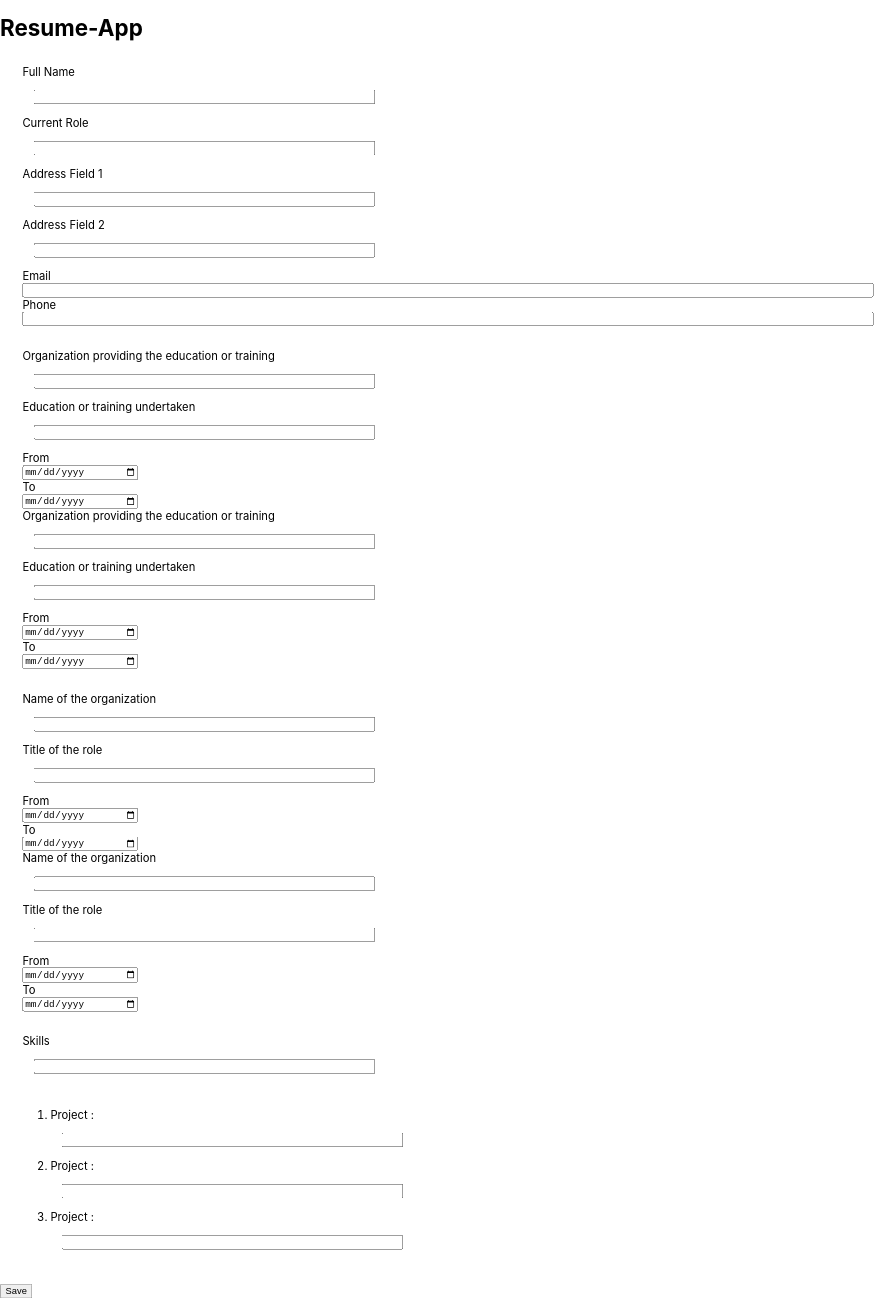
Repository: 0101chaitanya/resume-app
Page: /
These files come from the project's save history. The page is drawn as it stood at one moment and after the next save; the edit follows.
The browser window is 1280 px wide. The pictures show the whole page, at 70% of full size.
The project was rebuilt for these pictures with package versions that can differ from the ones it lists, and the page was loaded fresh each time.

Above is the page before, as saved 2021-07-28 15:35:25.

After the next save:
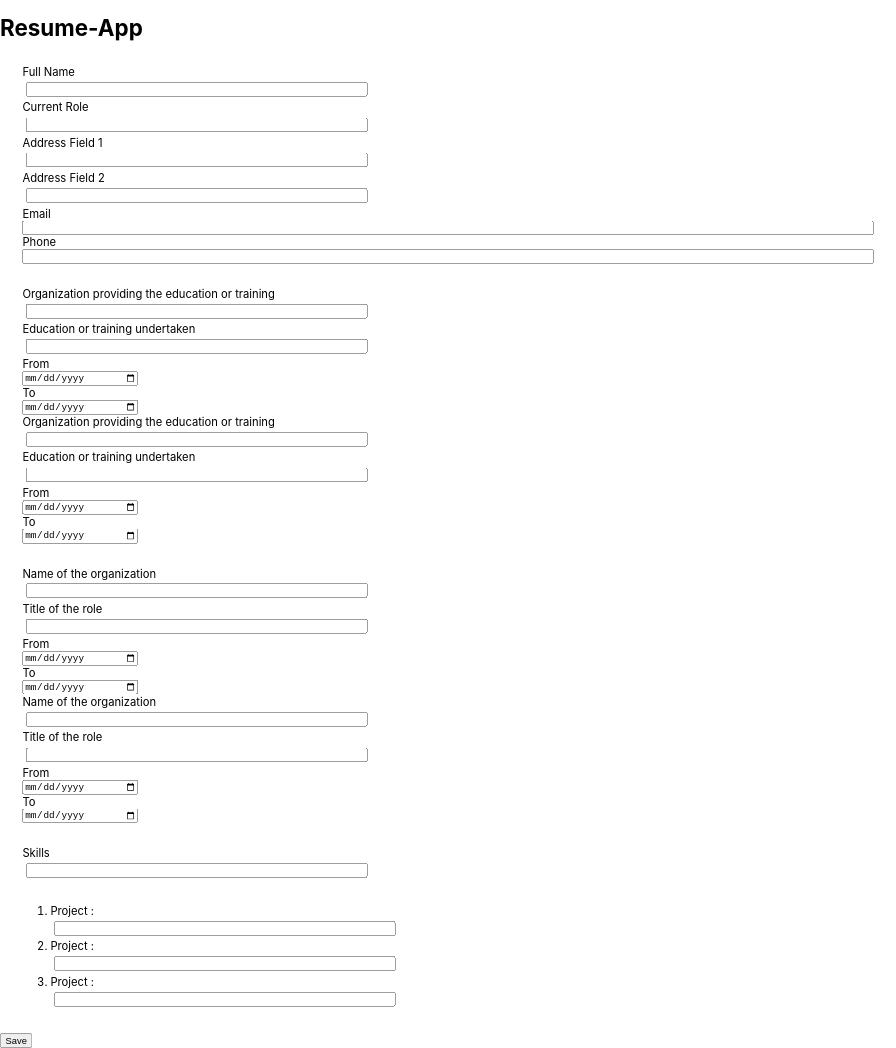
Saved 4 s later.
--- a/src/App.css
+++ b/src/App.css
@@ -4,7 +4,7 @@ label {
 }
 input[type="text"] {
   width: 30rem;
-  margin: 1rem;
+  margin: 0.3rem;
 }
 
 input[type="date"] {
